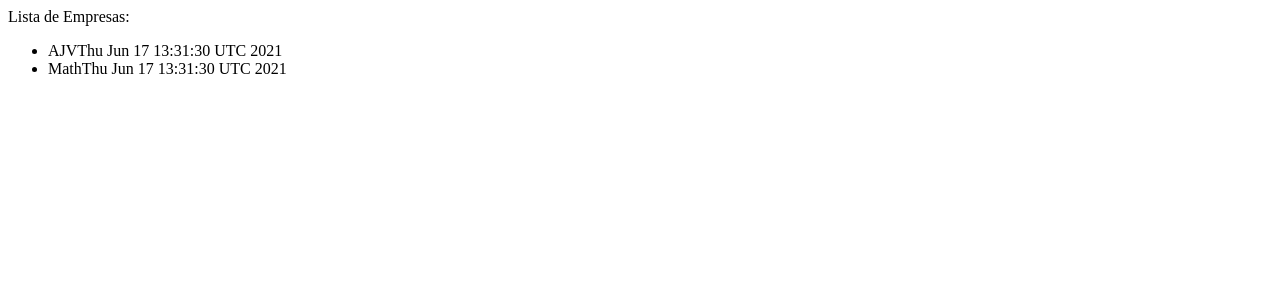
Repository: MathSzoke/JavaWebServlet
Page: http://localhost/gerenciador/listaEmpresas
An editor plug-in stored every save of this project. The page is shown before and after the next save, followed by the edit.
The browser window is 1280 px wide. The pictures show the whole page.
The page is served by Tomcat 9. Other server files are loaded and not shown.

Above is the page before, as saved 2021-06-17 17:58:56.

### gerenciador/WebContent/listaEmpresas.jsp
<%@ page language="java" contentType="text/html; charset=ISO-8859-1"
    pageEncoding="ISO-8859-1"%>
    <%@
    page import="java.util.List, gerenciador.Empresa" %>
    <%@ taglib uri="http://java.sun.com/jsp/jstl/core" prefix="c" %>
    <%@ taglib uri="http://java.sun.com/jsp/jstl/fmt" prefix="fmt" %>
<!DOCTYPE html>
<html>
<head>
<meta charset="ISO-8859-1">
<title>Java Standard Tag Library</title>
</head>
<body>
Lista de Empresas: <br >

	<ul>
		<c:forEach items="${ empresas }" var="empresa">
					<li>${empresa.nome }${ empresa.dataAbertura }</li>
		</c:forEach>
	</ul>
</body>
</html>

### gerenciador/src/gerenciador/ListaEmpresasServlet.java
package gerenciador;

import java.io.IOException;
import java.io.PrintWriter;
import java.util.List;

import javax.servlet.RequestDispatcher;
import javax.servlet.ServletException;
import javax.servlet.annotation.WebServlet;
import javax.servlet.http.HttpServlet;
import javax.servlet.http.HttpServletRequest;
import javax.servlet.http.HttpServletResponse;

/**
 * Servlet implementation class ListaEmpresasServlet
 */
@WebServlet("/listaEmpresas")
public class ListaEmpresasServlet extends HttpServlet {
	private static final long serialVersionUID = 1L;

	protected void doGet(HttpServletRequest request, HttpServletResponse response)
			throws ServletException, IOException {

		Banco banco = new Banco();
		List<Empresa> lista = banco.getEmpresas();

		request.setAttribute("empresas", lista);

		RequestDispatcher rd = request.getRequestDispatcher("/listaEmpresas.jsp");
		rd.forward(request, response);
	}

}

### gerenciador/src/gerenciador/Banco.java
package gerenciador;

import java.util.ArrayList;
import java.util.List;

public class Banco {

	private static List<Empresa> lista = new ArrayList<Empresa>();

	static {
		Empresa empresa = new Empresa();
		empresa.setNome("AJV");
		Empresa empresa2 = new Empresa();
		empresa2.setNome("Math");
		lista.add(empresa);
		lista.add(empresa2);

	}

	public void adiciona(Empresa empresa) {
		lista.add(empresa);
	}

	public List <Empresa> getEmpresas(){
		return Banco.lista;
	}
}

### gerenciador/src/gerenciador/Empresa.java
package gerenciador;

import java.util.Date;

public class Empresa {

	private Integer id;
	private String nome;
	private Date dataAbertura = new Date();

	public Integer getId() {
		return id;
	}

	public void setId(Integer id) {
		this.id = id;
	}

	public String getNome() {
		return nome;
	}

	public void setNome(String nome) {
		this.nome = nome;
	}

	public void setDataAbertura(Date dataAbertura) {
		this.dataAbertura = dataAbertura;
	}

	public Date getDataAbertura() {
		return dataAbertura;
	}
}

After the next save:
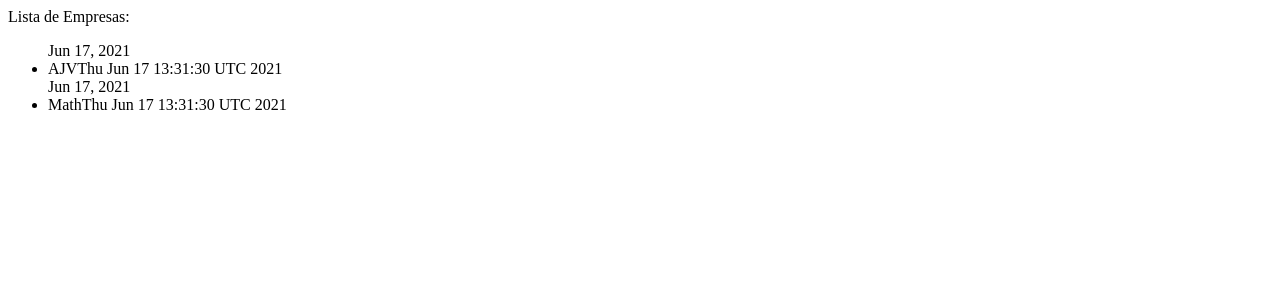
Saved 62 s later.
--- a/gerenciador/WebContent/listaEmpresas.jsp
+++ b/gerenciador/WebContent/listaEmpresas.jsp
@@ -15,7 +15,8 @@ Lista de Empresas: <br >
 
 	<ul>
 		<c:forEach items="${ empresas }" var="empresa">
-					<li>${empresa.nome }${ empresa.dataAbertura }</li>
+			<fmt:formatDate value="${ empresa.dataAbertura }"/>
+			<li>${empresa.nome }${ empresa.dataAbertura }</li>
 		</c:forEach>
 	</ul>
 </body>
